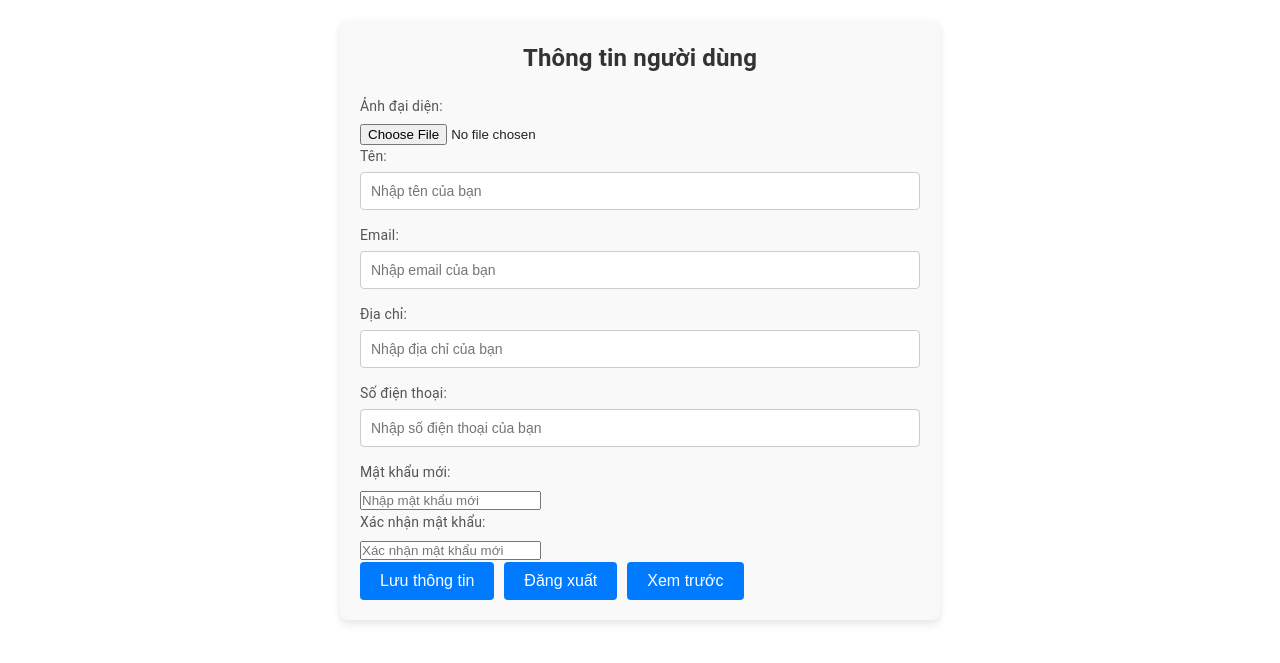
Repository: minhquang203/Homestay
Page: /profile (app in client/)
The author's editor kept a copy of each file at every save. The page is drawn from the files as they stood at one save, then again after the next save.
The browser window is 1280 px wide. The pictures show the whole page.
The project was rebuilt for these pictures with package versions that can differ from the ones it lists, and the page was loaded fresh each time. Also part of the build but not shown: client/src/styles/Footer.scss, client/src/components/Footer.jsx, client/src/styles/ListingCard.scss, client/src/components/ListingCard.jsx, client/src/styles/Loader.scss, client/src/components/Loader.jsx, client/src/styles/Navbar.scss, client/src/styles/variable.scss and 28 more.

Above is the page before, as saved 2025-04-04 20:26:49.

After the next save:
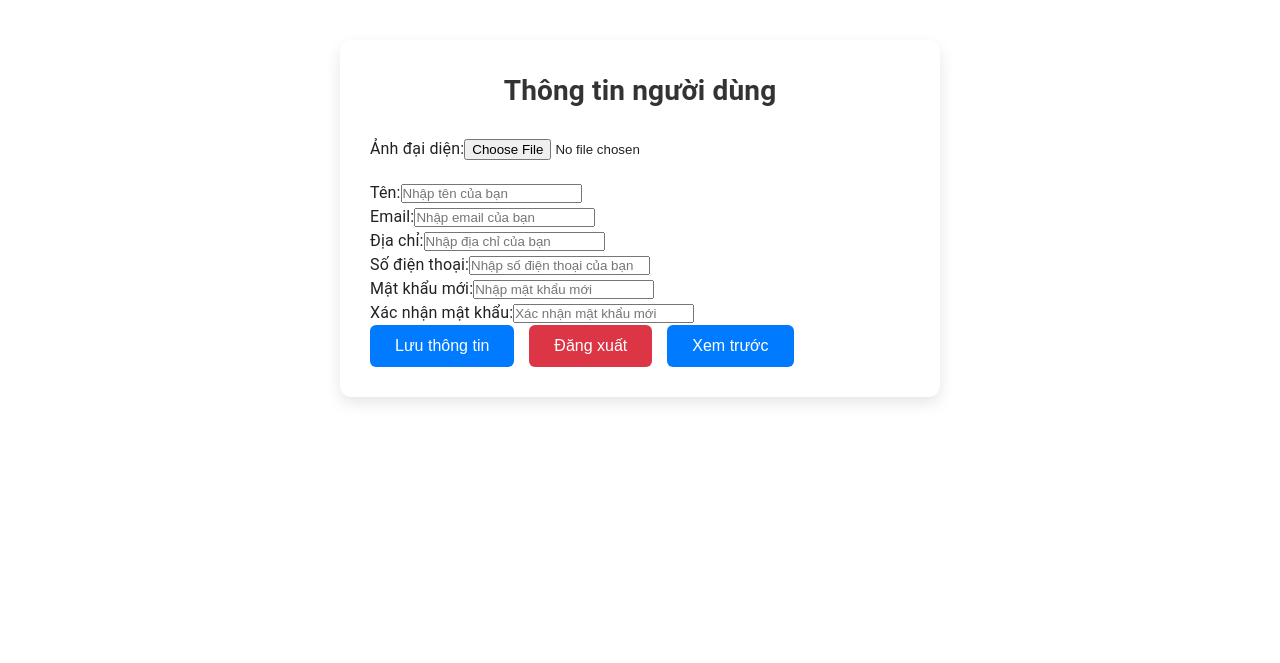
Saved 23 s later.
--- a/client/src/styles/Profile.scss
+++ b/client/src/styles/Profile.scss
@@ -1,66 +1,87 @@
-@import "./variable.scss";
 .profile {
   max-width: 600px;
-  margin: 20px auto;
-  padding: 20px;
-  background-color: #f9f9f9;
-  border-radius: 8px;
-  box-shadow: 0 4px 8px rgba(0, 0, 0, 0.1);
+  margin: 40px auto;
+  padding: 30px;
+  background-color: #ffffff;
+  border-radius: 12px;
+  box-shadow: 0 6px 15px rgba(0, 0, 0, 0.1);
 
   h2 {
-    font-size: 24px;
+    font-size: 28px;
     font-weight: bold;
     color: #333;
-    margin-bottom: 20px;
+    margin-bottom: 25px;
     text-align: center;
   }
 
-  label {
-    display: block;
-    font-size: 14px;
-    color: #555;
-    margin-bottom: 5px;
+  .avatar-section {
+    margin-bottom: 20px;
+
+    .avatar-preview {
+      display: block;
+      width: 100px;
+      height: 100px;
+      border-radius: 50%;
+      object-fit: cover;
+      margin-top: 10px;
+    }
   }
 
-  input[type="text"],
-  input[type="email"] {
-    width: 100%;
-    padding: 10px;
-    font-size: 14px;
-    border: 1px solid #ccc;
-    border-radius: 4px;
+  .preview-section {
+    margin-top: 20px;
+    padding: 20px;
+    background-color: #f8f9fa;
+    border-radius: 8px;
+    box-shadow: 0 4px 10px rgba(0, 0, 0, 0.1);
+
+    h3 {
+      font-size: 20px;
+      margin-bottom: 15px;
+    }
+
+    p {
+      font-size: 16px;
+      margin-bottom: 10px;
+    }
+  }
+
+  .error {
+    font-size: 12px;
+    color: #dc3545;
+    margin-top: -15px;
     margin-bottom: 15px;
-    transition: border-color 0.3s;
-
-    &:focus {
-      border-color: #007bff;
-      outline: none;
-    }
   }
 
   button {
     display: inline-block;
-    padding: 10px 20px;
+    padding: 12px 25px;
     font-size: 16px;
-    color: #fff;
+    color: #ffffff;
     background-color: #007bff;
     border: none;
-    border-radius: 4px;
+    border-radius: 6px;
     cursor: pointer;
-    transition: background-color 0.3s;
+    transition: background-color 0.3s, transform 0.2s;
 
     &:hover {
       background-color: #0056b3;
+      transform: translateY(-2px);
+    }
+
+    &:active {
+      transform: translateY(1px);
     }
 
     &:not(:last-child) {
-      margin-right: 10px;
+      margin-right: 15px;
     }
   }
 
-  p {
-    font-size: 16px;
-    color: #666;
-    text-align: center;
+  .logout-button {
+    background-color: #dc3545;
+
+    &:hover {
+      background-color: #c82333;
+    }
   }
 }
